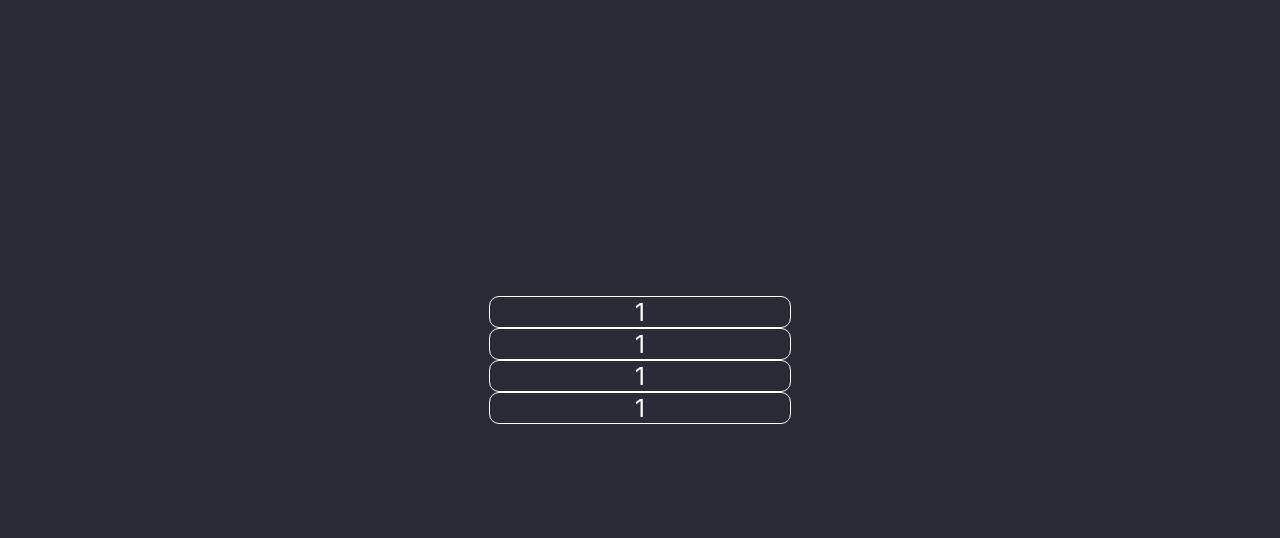
Repository: bandikost/capers
Page: /main
An editor plug-in stored every save of this project. The page is shown before and after the next save, followed by the edit.
The browser window is 1280 px wide. The pictures show the whole page.
The project was rebuilt for these pictures with package versions that can differ from the ones it lists, and the page was loaded fresh each time.

Above is the page before, as saved 2023-04-10 11:04:35.

### src/App.js
import logo from './logo.svg';
import './App.css';
import { BrowserRouter, Routes, Route } from "react-router-dom";
import Main from './components/Main';


function App() {
  return (
    <div className="App">
      <header className="App-header">
      <BrowserRouter >
        <Routes>
            <Route path='/main' element={<Main />}/>
        </Routes>
      </BrowserRouter>
      </header>
    </div>
  );
}

export default App;

### src/App.css
.App {
  text-align: center;
}

.App-logo {
  height: 40vmin;
  pointer-events: none;
}


.App-header {
  background-color: #282c34;
  min-height: 100vh;
  display: flex;
  flex-direction: column;
  align-items: center;
  justify-content: center;
  font-size: calc(10px + 2vmin);
  color: white;
}

.App-link {
  color: #61dafb;
}


.table {
  height: auto;
  margin: 0 auto 0;
}

.cell {
  border: 1px solid white;
  border-radius: 10px;
  width: 300px;
}

### src/components/Main.jsx
import React from 'react'

export const Main = () => {
  return (
    <div className='table'>
      <div className="cell">1</div>
      <div className="cell">1</div>
      <div className="cell">1</div>
      <div className="cell">1</div>
    </div>
  )
}

export default Main;

Loaded but not shown: public/index.html (common file); src/index.js (common file); src/index.css (common file); src/reportWebVitals.js (common file)

After the next save:
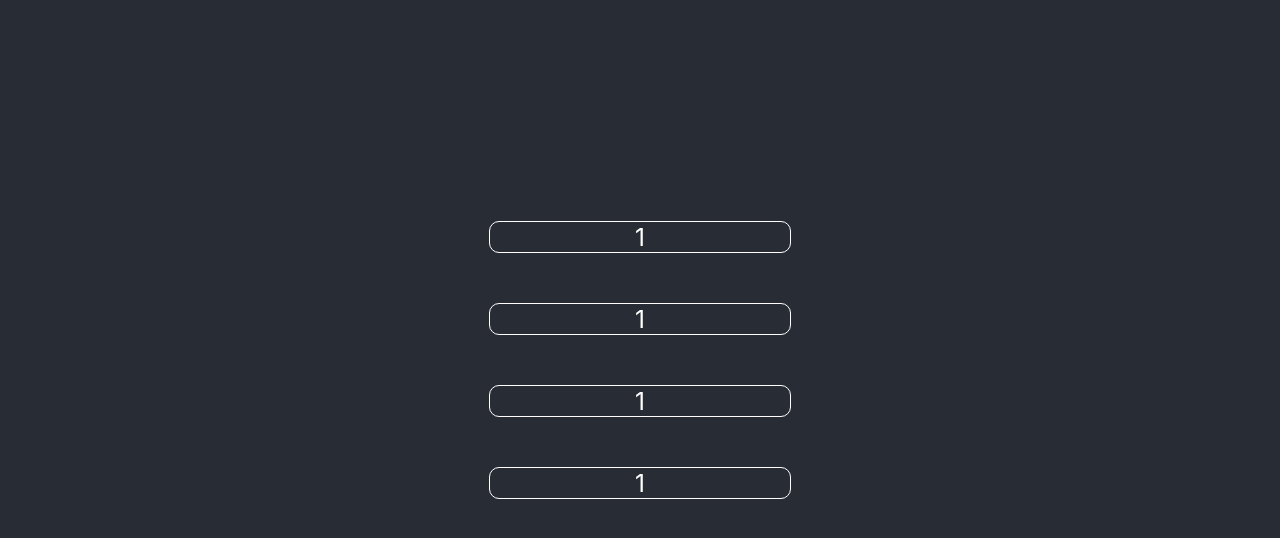
Saved 7 s later.
--- a/src/App.css
+++ b/src/App.css
@@ -33,4 +33,5 @@
   border: 1px solid white;
   border-radius: 10px;
   width: 300px;
+  margin: 50px 0px;
 }
